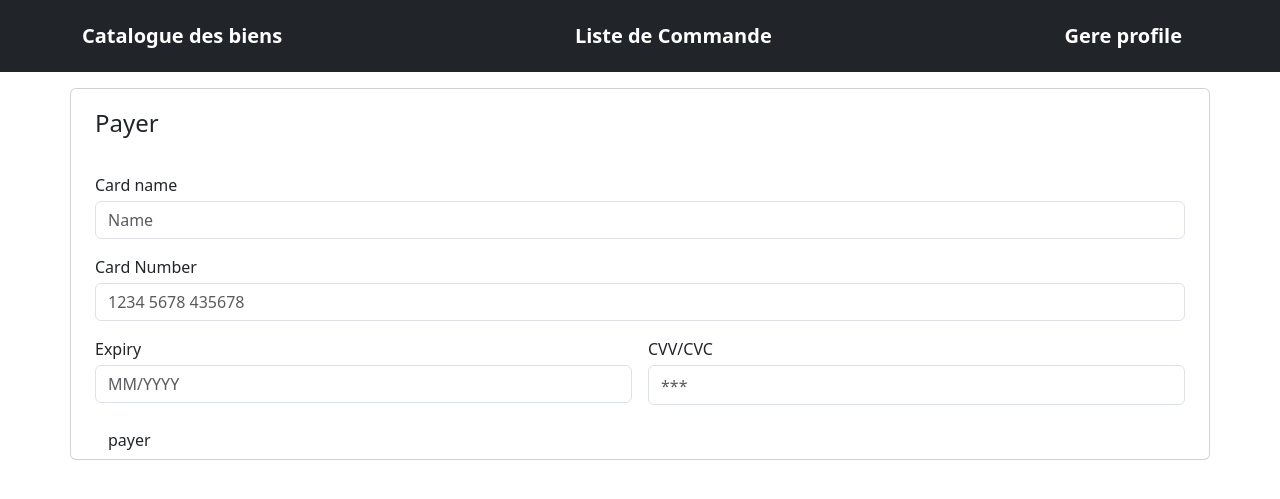
Repository: Jihad2909/Jakarta_Project_Agence_Location
Page: http://localhost/agence_location/payment
An editor plug-in stored every save of this project. The page is shown before and after the next save, followed by the edit.
The browser window is 1280 px wide. The pictures show the whole page.
The page is served by Tomcat 10.

Above is the page before, as saved 2024-04-25 13:46:42.

After the next save:
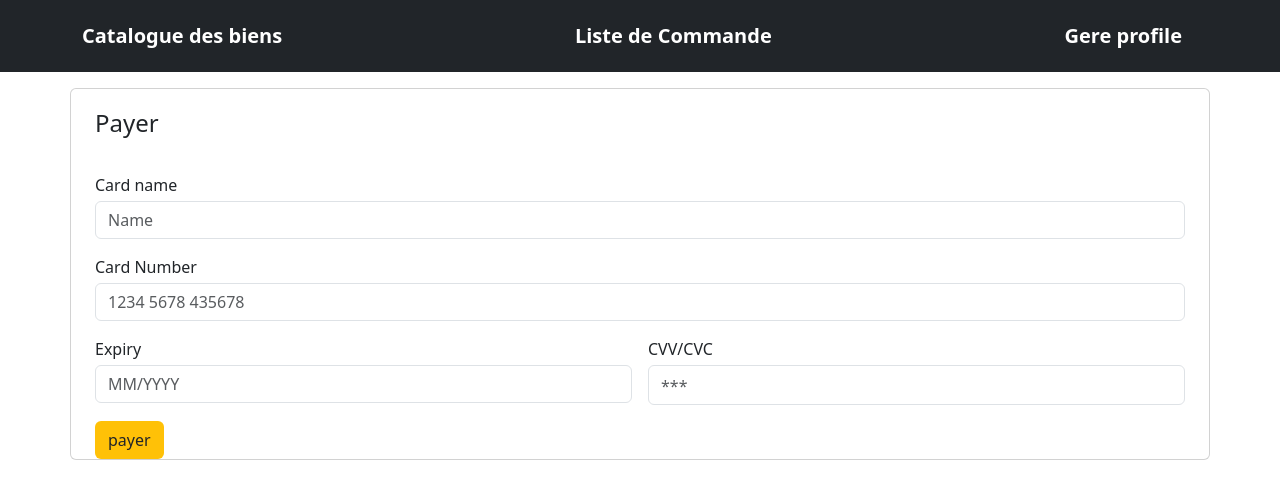
Saved 8 s later.
--- a/agence_location/src/main/webapp/WEB-INF/Views/payment.jsp
+++ b/agence_location/src/main/webapp/WEB-INF/Views/payment.jsp
@@ -54,7 +54,7 @@
                     </div>
                 </div>
                 <div class="col-12">
-                    <button class="btn bg-blue">payer</button>
+                    <button class="btn bg-warning">payer</button>
                 </div>
             </div>
         </div>
